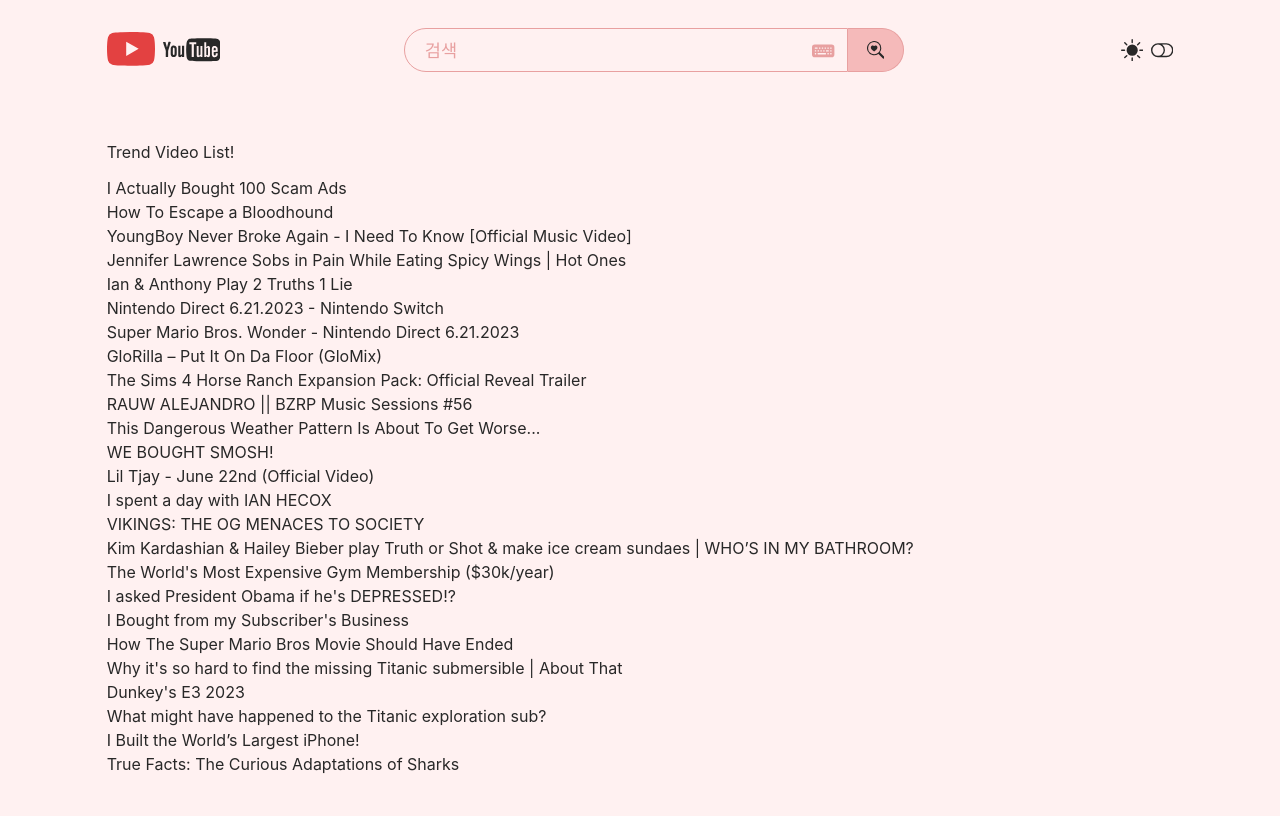
Repository: dnjfht/self-youtube
Page: /
An editor plug-in stored every save of this project. The page is shown before and after the next save, followed by the edit.
The browser window is 1280 px wide. The pictures show the whole page.
The project was rebuilt for these pictures with package versions that can differ from the ones it lists, and the page was loaded fresh each time. Also part of the build but not shown: src/page/Detail.jsx, src/page/NotFoundPage.jsx.

Above is the page before, as saved 2023-06-24 18:19:05.

### src/App.js
import { RouterProvider, createBrowserRouter } from "react-router-dom";
import Videos from "./page/Videos";
import Root from "./page/Root";
import Detail from "./page/Detail";
import NotFoundPage from "./page/NotFoundPage";

function App() {
  const router = createBrowserRouter([
    {
      path: "/",
      element: <Root />,
      children: [
        { index: true, element: <Videos /> },
        { path: "/videos", element: <Videos /> },
        { path: "/videos/:keyword", element: <Videos /> },
        { path: "/videos/watch/:videoId", element: <Detail /> },
        { path: "*", element: <NotFoundPage /> },
      ],
    },
  ]);
  return <RouterProvider router={router} />;
}

export default App;

### src/page/Videos.jsx
import React, { useContext } from "react";
import { useParams } from "react-router-dom";
import { DarkModeContext } from "../context/DarkModeContext";
import { useQuery } from "@tanstack/react-query";
import VideoCard from "../components/VideoCard";
import { search } from "../api/youtube";

export default function Home() {
  const { keyword } = useParams();
  const { darkMode } = useContext(DarkModeContext);

  const {
    error,
    isLoading,
    data: videos,
  } = useQuery(["videos", keyword], () => search(keyword));

  return (
    <div
      className={`${
        darkMode ? "bg-[#0f0f0f] text-white" : "bg-[#fff1f1] text-[#282828]"
      } mt-[100px]`}
    >
      <div className="w-10/12 mx-auto py-[40px]">
        {error && <p>Error has occurred...!</p>}
        {isLoading && <p>Loading....</p>}

        <h2 className="mb-3">
          {keyword ? `${keyword} Video List!` : "Trend Video List!"}
        </h2>

        {videos && (
          <ul>
            {videos.map((video) => (
              <VideoCard video={video} />
            ))}
          </ul>
        )}
      </div>
    </div>
  );
}

### src/page/Root.jsx
import React from "react";
import Navbar from "../components/Navbar";
import { Outlet } from "react-router-dom";
import { DarkModeProvider } from "../context/DarkModeContext";
import { QueryClient, QueryClientProvider } from "@tanstack/react-query";

const queryClient = new QueryClient();

export default function Root() {
  return (
    <QueryClientProvider client={queryClient}>
      <DarkModeProvider>
        <div className="w-full h-[100vh]">
          <Navbar />
          <Outlet />
        </div>
      </DarkModeProvider>
    </QueryClientProvider>
  );
}

### src/context/DarkModeContext.js
import { createContext, useEffect, useState } from "react";

export const DarkModeContext = createContext();

export function DarkModeProvider({ children }) {
  const [darkMode, setDarkMode] = useState(true);

  const toggleDarkMode = () => {
    setDarkMode((prev) => !prev);
    updateDarkMode(!darkMode);
  };

  useEffect(() => {
    // 스토리지가 다크 모드인지, 웹사이트가 다크 모드인지 등
    // 사용자의 브라우저 세팅 값을 판단한 다음에
    // 다크 모드인지 아닌지를 확인
    const isDark =
      localStorage.theme === "dark" ||
      (!("theme" in localStorage) &&
        window.matchMedia("(prefers-color-scheme: dark)").matches);

    setDarkMode(isDark);
    // 우산 안에 담고 있는 React 내부 상태에 다크 모드 업데이트

    updateDarkMode(isDark);
    // 웹페이지에 있는 html에 dark라는 class를 넣을 건지 안 넣을 건지를 판단하는 함수도 부가적으로 호출
  }, []);

  return (
    <DarkModeContext.Provider value={{ darkMode, toggleDarkMode }}>
      {children}
    </DarkModeContext.Provider>
  );
}

function updateDarkMode(darkMode) {
  if (darkMode) {
    document.documentElement.classList.add("dark");
    // 토글링(업데이트)이 될 때마다 로컬 스토리지에도 저장을 해줌.
    // 로컬 스토리지에 저장을 해주면 새로고침을 해도 상태를 기억하고 있음.
    localStorage.theme = "dark";
  } else {
    document.documentElement.classList.remove("dark");
    localStorage.theme = "light";
  }
}

### src/components/VideoCard.jsx
import React from "react";

export default function VideoCard({ video }) {
  const { title } = video.snippet;

  return <li key={video.id}>{title}</li>;
}

### src/api/youtube.js
import axios from "axios";

export async function search(keyword) {
  return axios //
    .get(`/videos/${keyword ? "keyword" : "mostPopular"}.json`)
    .then((res) => res.data.items);
}

### src/components/Navbar.jsx
import React, { useContext, useEffect, useState } from "react";
import {
  BsYoutube,
  BsSearchHeart,
  BsToggleOff,
  BsToggleOn,
  BsKeyboardFill,
  BsFillMoonStarsFill,
  BsBrightnessHighFill,
} from "react-icons/bs";
import { ImYoutube2 } from "react-icons/im";
import { CiSearch } from "react-icons/ci";
import { GoX } from "react-icons/go";
import { DarkModeContext } from "../context/DarkModeContext";
import { useNavigate, useParams } from "react-router-dom";

export default function Navbar() {
  const { darkMode, toggleDarkMode } = useContext(DarkModeContext);
  const [text, setText] = useState("");
  const [focusOn, setFocusOn] = useState(false);

  const navigate = useNavigate();
  const { keyword } = useParams();

  const handleChangeText = (e) => {
    setText(e.target.value);
  };

  const handleClickSearch = (e) => {
    e.preventDefault();

    navigate(`/videos/${text}`);
  };

  const handleClickDeleteText = (e) => {
    e.preventDefault();

    setText("");
  };

  useEffect(() => {
    // if (keyword === undefined) {
    //   return setText("");
    // }
    // return setText(keyword);

    setText(keyword || "");
  }, [keyword]);
  console.log(text);

  return (
    <div
      className={`${
        darkMode ? "bg-[#0f0f0f] text-white" : "bg-[#fff1f1] text-[#282828]"
      } w-full h-[100px] fixed top-0 left-0 z-[999999]`}
    >
      <div className="w-10/12 h-[100%] py-[20px] box-border mx-auto flex justify-between items-center">
        <div
          className="flex items-center cursor-pointer"
          onClick={() => {
            navigate("/");
          }}
        >
          <BsYoutube className="text-[#e34141] text-[3rem]" />
          <ImYoutube2 className="text-[3.6rem] ml-2" />
        </div>

        <form
          className="w-6/12 h-[44px] relative flex items-center"
          onSubmit={handleClickSearch}
        >
          <input
            className={`${
              focusOn
                ? "w-[86%] pl-10 border-[#3d39b2]"
                : "w-5/6 pl-5 border-[#e8a0a0]"
            } h-[100%] py-5 pr-5 box-border rounded-l-full outline-none bg-transparent border-[1px] border-solid text-[#cd6f6f] text-[1.1rem] placeholder:text-[#e8a0a0]`}
            type="text"
            placeholder="검색"
            value={text}
            onChange={handleChangeText}
            onFocus={() => {
              setFocusOn(true);
            }}
            onBlur={() => {
              setFocusOn(false);
            }}
          />
          <div
            className={`${
              focusOn ? "opacity-100" : "opacity-0"
            } absolute top-[50%] mt-[-11px] left-3 text-[1.4rem] text-[#e8a0a0] transition-all duration-700`}
          >
            <CiSearch />
          </div>
          <div
            className={`${
              text.length > 0 && focusOn
                ? "right-[19%]"
                : text.length > 0 && focusOn === false
                ? "right-[22%]"
                : text.length <= 0 && focusOn
                ? "right-[16.2%]"
                : "right-[19.2%]"
            } absolute top-[50%] mt-[-11px] text-[1.4rem] text-[#e8a0a0]`}
          >
            <BsKeyboardFill />
          </div>
          <button
            onClick={handleClickDeleteText}
            className={`${
              text.length > 0 && focusOn
                ? "opacity-100 right-[15%]"
                : text.length > 0 && focusOn === false
                ? "opacity-100 right-[18%]"
                : "opacity-0 right-[18%]"
            }
            } absolute top-[50%] mt-[-11px] text-[1.4rem] text-[#e8a0a0] transition-all duration-700`}
          >
            <GoX />
          </button>

          <button className="w-14 h-full bg-[#f1a5a5b6] text-[1.1rem] border-y-[1px] border-r-[1px] border-solid border-[#e8a0a0] flex justify-center items-center rounded-r-full">
            <BsSearchHeart />
          </button>
        </form>

        <button
          onClick={toggleDarkMode}
          className="text-[1.4rem] flex items-center"
        >
          {darkMode ? <BsFillMoonStarsFill /> : <BsBrightnessHighFill />}
          <div className="ml-2">
            {darkMode ? <BsToggleOn /> : <BsToggleOff />}
          </div>
        </button>
      </div>
    </div>
  );
}

Loaded but not shown: public/index.html (common file); src/index.js (common file); src/index.css (common file); src/reportWebVitals.js (common file); tailwind.config.js (common file); public/videos/mostPopular.json (1541 lines, source omitted)

After the next save:
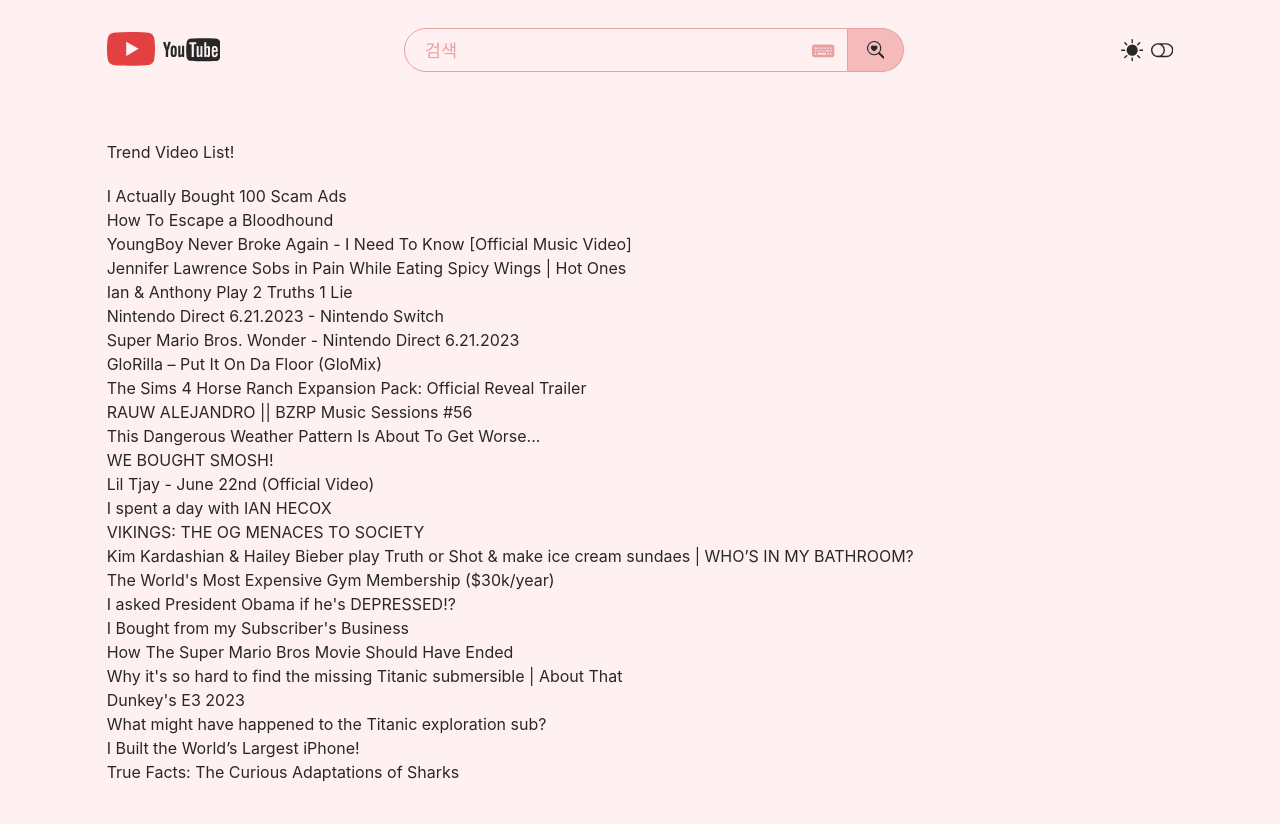
Saved 23 s later.
--- a/src/page/Videos.jsx
+++ b/src/page/Videos.jsx
@@ -25,7 +25,7 @@
         {error && <p>Error has occurred...!</p>}
         {isLoading && <p>Loading....</p>}
 
-        <h2 className="mb-3">
+        <h2 className="mb-5">
           {keyword ? `${keyword} Video List!` : "Trend Video List!"}
         </h2>
 
